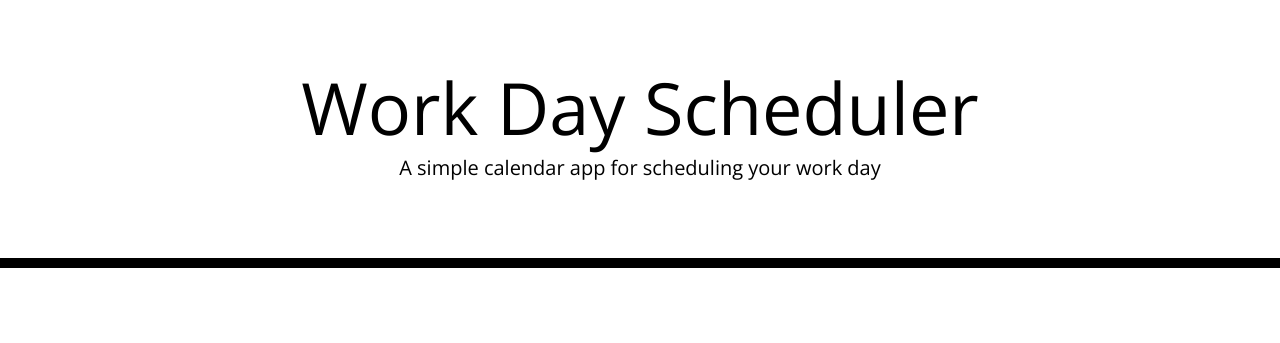
Repository: dtierney21/work-day-scheduler
Page: index.html
An editor plug-in stored every save of this project. The page is shown before and after the next save, followed by the edit.
The browser window is 1280 px wide. The pictures show the whole page.
Some web libraries are served in a nearby version.

Above is the page before, as saved 2022-06-28 11:10:59.
Console error: TypeError: Cannot set properties of null (setting 'textContent')

After the next save:
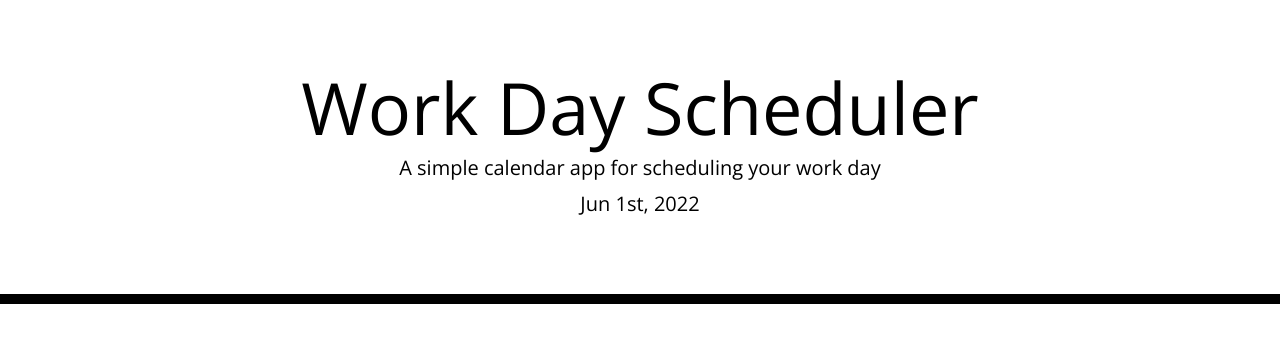
The error is gone.
Saved 67 s later.
--- a/assets/js/script.js
+++ b/assets/js/script.js
@@ -1,4 +1,4 @@
-var currentDayEl = document.querySelector('#curentDay');
+var currentDayEl = document.querySelector('#currentDay');
 var today = moment().format('MMM do, YYYY');
 
 currentDayEl.textContent = today;
